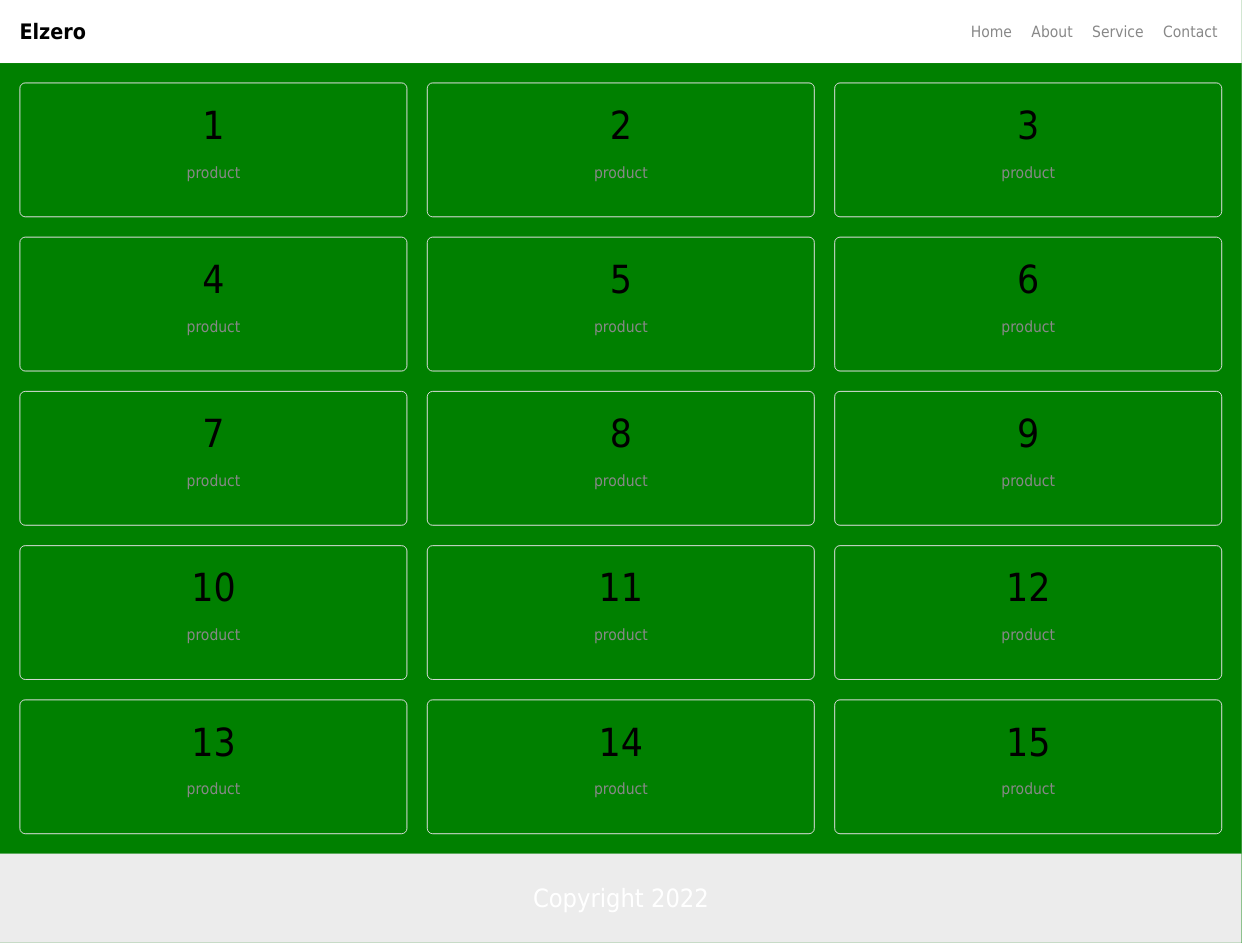
Repository: OmniaRafat232111121/challangeDom
Page: index.html
An editor plug-in stored every save of this project. The page is shown before and after the next save, followed by the edit.
The browser window is 1280 px wide. The pictures show the whole page, at 97% of full size.

Above is the page before, as saved 2022-10-26 11:45:36.

After the next save:
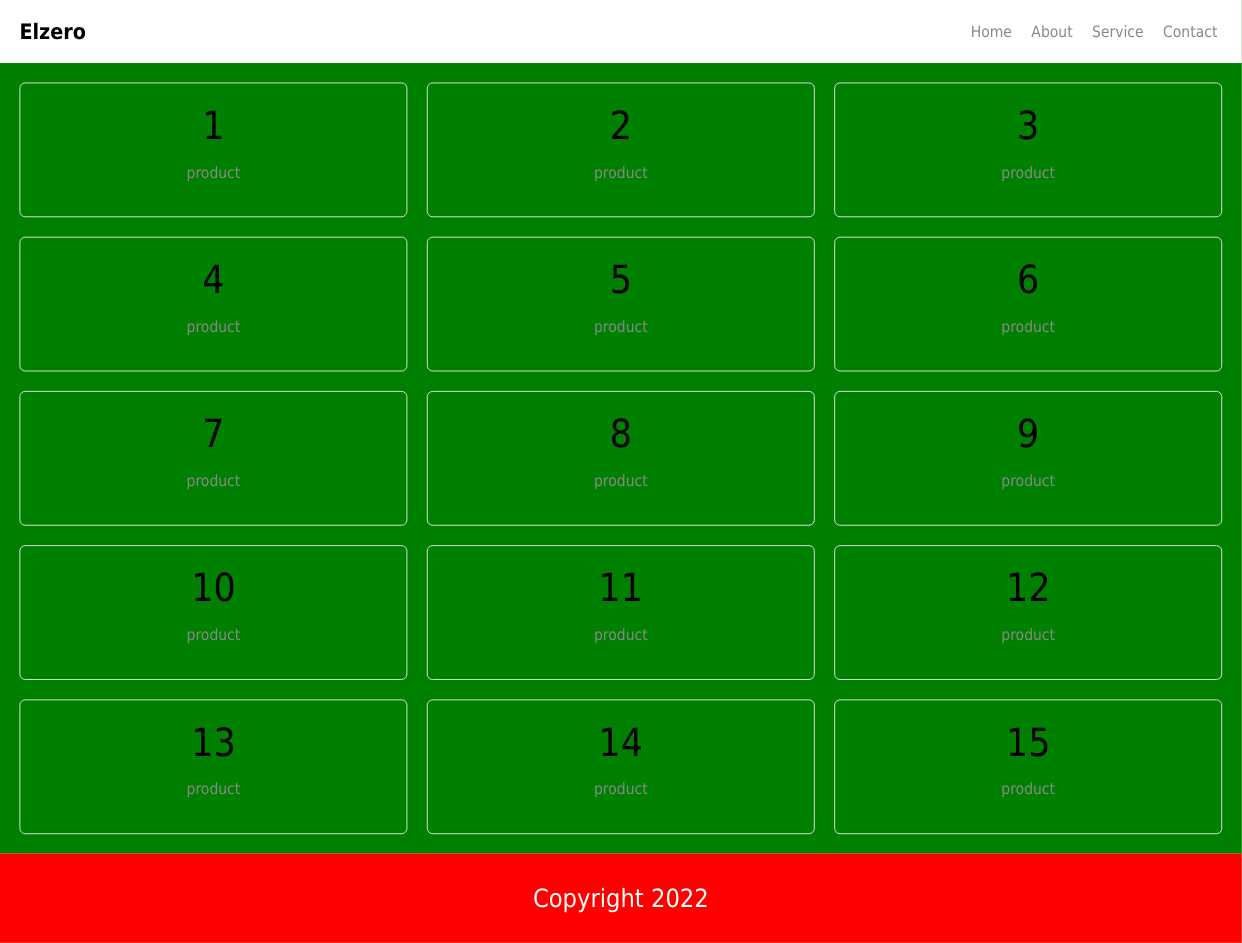
Saved 60 s later.
--- a/main.js
+++ b/main.js
@@ -63,7 +63,7 @@ for (let i = 1; i <= 15; i++) {
 }
 
 let footer = document.createElement("footer")
-footer.style.cssText = "background-color:#red; font-size: 26px; text-align: center; padding: 5px; color: white;"
+footer.style.cssText = "background-color:red; font-size: 26px; text-align: center; padding: 5px; color: white;"
 let footerP = document.createElement("p")
 let footerPText = document.createTextNode("Copyright 2022")
 footerP.appendChild(footerPText)
